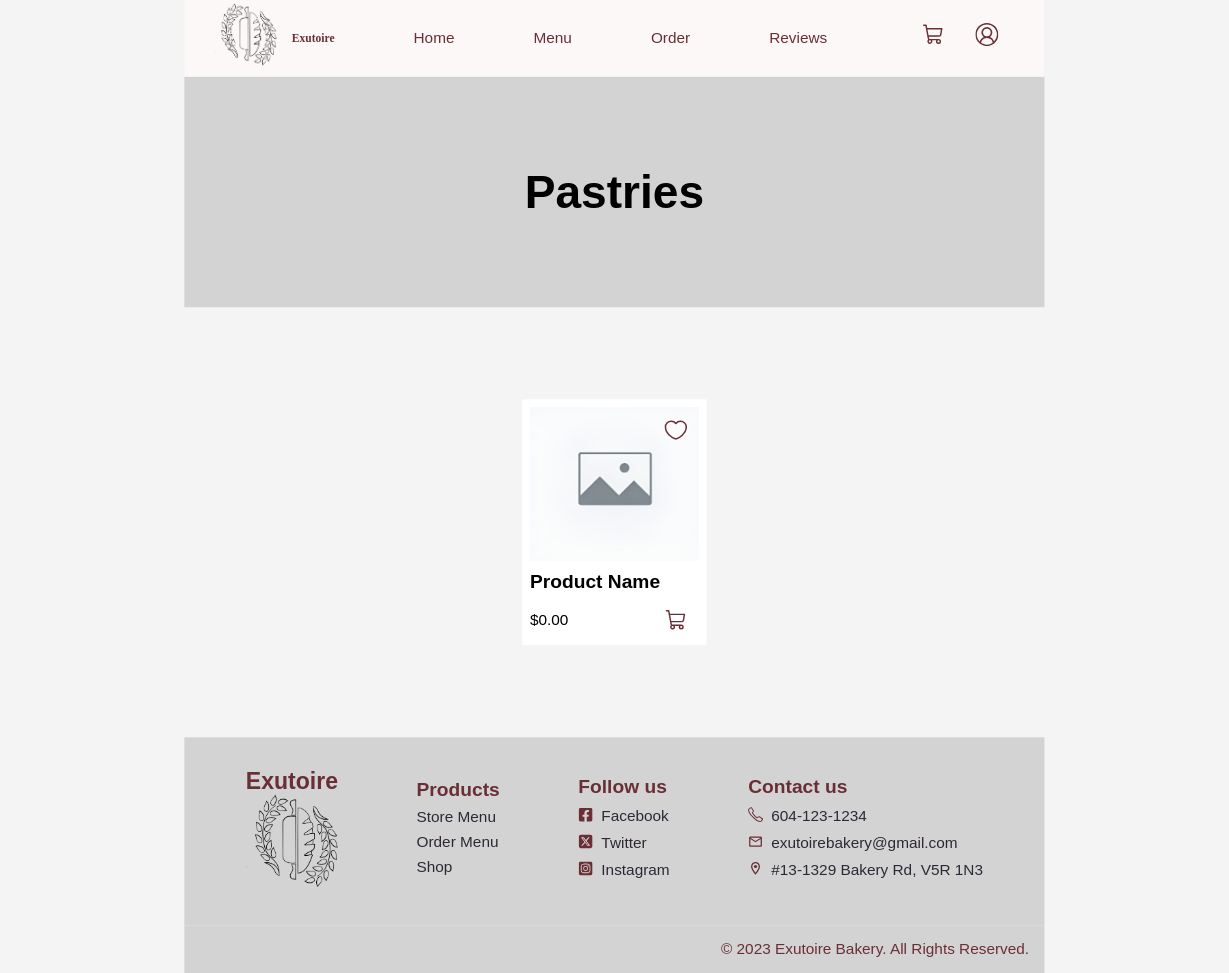
Repository: MelissaJacobi/COMP3170-final-proj
Page: /menu/pastries
An editor plug-in stored every save of this project. The page is shown before and after the next save, followed by the edit.
The browser window is 1280 px wide. The pictures show the whole page, at 96% of full size.
The project was rebuilt for these pictures with package versions that can differ from the ones it lists, and the page was loaded fresh each time. Also part of the build but not shown: vite.config.js, src/pages/ShoppingCart.module.css, src/components/ShoppingCartCard.module.css, src/components/ShoppingCartCard.jsx, src/components/OrderTotal.jsx, src/pages/ShoppingCart.jsx, src/pages/Profile.module.css, src/pages/Profile.jsx and 34 more.

Above is the page before, as saved 2024-11-09 22:52:43.

### src/main.jsx
import { StrictMode } from 'react'
import { createRoot } from 'react-dom/client'
import App from './App.jsx'
import './index.css'

const rootElement = document.getElementById('root');
if (rootElement) {
  createRoot(rootElement).render(
    <StrictMode>
      <App />
    </StrictMode>
  );
}

### src/App.jsx
import { BrowserRouter as Router, Routes, Route } from 'react-router-dom';
import styles from './App.module.css';
import Header from './components/Header';
import Footer from './components/Footer';
import Home from './pages/Home';
import Menu from './pages/menu';
import Bread from './pages/Bread';
import Pastries from './pages/Pastries';
import Cakes from './pages/Cakes';
import Drinks from './pages/Drinks';
import Seasonal from './pages/Seasonal';
import OrderPickUp from './pages/OrderPickUp';
import OrderDelivery from './pages/OrderDelivery';
import ShoppingCart from './pages/ShoppingCart';
import Profile from './pages/Profile';
import Reviews from './pages/Reviews';
import Favourites from './pages/Favourites';

function App() {
  return (
    <Router>
      <div className={styles.appContainer}>
        <Header />
        <Routes>
          <Route path="/" element={<Home />} />
          <Route path="/menu" element={<Menu />} />
          <Route path="/menu/bread" element={<Bread />} />
          <Route path="/menu/pastries" element={<Pastries />} />
          <Route path="/menu/cakes" element={<Cakes />} />
          <Route path="/menu/drinks" element={<Drinks />} />
          <Route path="/menu/seasonal" element={<Seasonal />} />
          <Route path="/orderpickup" element={<OrderPickUp />} />
          <Route path="/orderdelivery" element={<OrderDelivery />} />
          <Route path="/shoppingcart" element={<ShoppingCart/>}/>
          <Route path="/profile" element={<Profile />}/>
          <Route path="/Reviews" element={<Reviews />}/>
          <Route path="/Favourites" element={<Favourites />} />
        </Routes>
        <Footer />
      </div>
    </Router>
  );
}

export default App;

### src/index.css
* {
  margin: 0;
  padding: 0;
  box-sizing: border-box;
}

body {
  font-family: Arial, sans-serif;
  line-height: 1.6;
  background-color: #f4f4f4;
}

:root {
  --primary-color: lightgrey;
  --secondary-color: lightblue;
  --accent-color: #6A2E35;
  --background-color: white;
  --text-color: #2E2836;
}

### src/App.module.css
.appContainer {
    width: 70%;
    height: 100%;
    margin: auto;
}

### src/components/Header.jsx
// Header.tsx
import { Link, Route, Router, Routes } from 'react-router-dom';
import styles from './Header.module.css';
import logo from "../assets/images/logo.png";
import { PiShoppingCart } from "react-icons/pi";
import { VscAccount } from "react-icons/vsc";
import OverallCart from '../pages/ShoppingCart';
import Profile from '../pages/Profile';

export default function Header() {
  return (
    <div className={styles.container}>
      <div>
        <Link to ="/"><img src={logo} alt="Logo" className={styles.logo} /></Link>
        <p className={styles.siteTitle}>Exutoire</p>
      </div>
      <Link to="/" className={styles.links}>Home</Link>
      <Link to="/Menu" className={styles.links}>Menu</Link>
      <Link to="/OrderPickUp" className={styles.links}>Order</Link>
      <Link to="/Reviews" className={styles.links}>Reviews</Link>
      <div>
        <Link to="/ShoppingCart">
          <PiShoppingCart className={styles.icon} />
        </Link>
        <Link to="/Profile">
          <VscAccount className={styles.icon} />
        </Link>
      </div>
    </div>
  );
}

### src/components/Footer.tsx
import logo from "../assets/images/logo.png"
import styles from "./Footer.module.css"
import { FaFacebookSquare } from "react-icons/fa";
import { FaSquareXTwitter } from "react-icons/fa6";
import { FaInstagramSquare } from "react-icons/fa";
import { SlPhone } from "react-icons/sl";
import { MdOutlineMailOutline } from "react-icons/md";
import { MdOutlineLocationOn } from "react-icons/md";

export default function Footer() {

  return (
    <>
      <div className={styles.container}>
        <div>
            <p className={styles.siteTitle}>Exutoire</p>
            <img src={logo} alt="Logo" className={styles.logo}/>
        </div>
        <ul>
          <p>Products</p>
          <li>Store Menu</li>
          <li>Order Menu</li>
          <li>Shop</li>
        </ul>
        <ul>
          <p>Follow us</p>
          <li><FaFacebookSquare className={styles.socialIcon}/>Facebook</li>
          <li><FaSquareXTwitter className={styles.socialIcon}/>Twitter</li>
          <li><FaInstagramSquare className={styles.socialIcon}/>Instagram</li>
        </ul>
        <ul>
          <p>Contact us</p>
          <li><SlPhone  className={styles.socialIcon}/>604-123-1234</li>
          <li><MdOutlineMailOutline className={styles.socialIcon}/>exutoirebakery@gmail.com</li>
          <li><MdOutlineLocationOn className={styles.socialIcon}/>#13-1329 Bakery Rd, V5R 1N3</li>
        </ul>
      </div>
      <p className={styles.copywrite}>© 2023 Exutoire Bakery.  All Rights Reserved.</p>
    </>
  )
}

### src/pages/Pastries.jsx
import Product from "../components/Product";
import styles from "./Bread.module.css"

export default function Pastries() {
    return (
      <div className={styles.container}>
        <div className={styles.banner}>
            <h1>Pastries</h1>
        </div>
        <div className={styles.products}>
            <Product />
        </div>

      </div>
    );
  }

### src/components/Header.module.css
.container {
    background-color: rgba( 255, 250, 250, 0.7);
    width: 100%;
    height: 5rem;
    display: flex;
    align-items: center;
    justify-content: space-between;
    padding: 2rem;
    position: sticky;
    top: 0;
    z-index: 1000;
}

.logo {
    height: 4rem;
    width: 4rem;
}

.siteTitle {
    font-size: 12px;
    font-style: normal;
    font-weight: 900;
    line-height: normal;
    margin-left: 1rem;
    color: var(--accent-color);
    font-family: "Frances", serif;
    text-decoration: none;
}

.container div {
    display: flex;
    align-items: center;
}

.links {
    font-size: 16px;
    font-style: normal;
    font-weight: 400;
    line-height: normal;
    color: var(--accent-color);
    text-decoration: none;
}

.links:hover {
    text-shadow: 2px 2px 5px var(--accent-color);
}

.icon {
    height: 1.5rem;
    width: 1.5rem;
    margin: 1rem;
    color: var(--accent-color)
}

.icon:hover {
    cursor: pointer;
    filter: drop-shadow(1px 1px 3px var(--accent-color));
}

### src/components/Footer.module.css
.container {
    background-color: var(--primary-color);
    height: 100%;
    width: 100%;
    display: flex;
    flex-wrap: wrap;
    align-items: center;
    justify-content: space-between;
    padding: 2rem 4rem;
}

.container div{
    text-align: center;
}

.logo {
    width: 6rem;
    height: 6rem;
}

.siteTitle {
    font-size: 24px;
    font-style: normal;
    font-weight: 700;
    line-height: normal;
    color: var(--accent-color)
}

.container ul p {
    color: var(--accent-color);
    font-size: 20px;
    font-style: normal;
    font-weight: 700;
    line-height: normal;
}

.container ul li {
    font-size: 16px;
    font-style: normal;
    font-weight: 400;
    line-height: normal;
    margin: 0.5rem 0rem;
    padding: 0;
    list-style-type: none;
    color: var(--text-color)
}

.socialIcon {
    transform: translateY(0.1rem);
    color: var(--accent-color);
    margin-right: 0.5rem;
}

.copywrite {
    width: 100%;
    text-align: right;
    padding: 1rem;
    font-size: 16px;
    font-style: normal;
    font-weight: 400;
    line-height: normal;
    color: var(--accent-color);
    background-color: var(--primary-color);
}

### src/components/Product.jsx
import { useState } from "react";
import styles from './Product.module.css';
import placeholder from "../assets/images/placeholder.jpg";
import { PiShoppingCart } from "react-icons/pi";
import Heart from "../assets/images/Heart.svg";

export default function Product() {
  const [showPopup, setShowPopup] = useState(false);
  const [selectedSize, setSelectedSize] = useState("8\"");
  const [quantity, setQuantity] = useState(1);

  const handleContainerClick = () => {
    setShowPopup(true);
  };

  const handleClosePopup = () => {
    setShowPopup(false);
  };

  const handleOverlayClick = (e) => {
    if (e.target.classList.contains(styles.popupOverlay)) {
      handleClosePopup();
    }
  };

  const handleSizeChange = (e) => {
    setSelectedSize(e.target.value);
  };

  const handleAddQuantity = () => {
    setQuantity((prevQuantity) => prevQuantity + 1);
  };

  const handleSubtractQuantity = () => {
    setQuantity((prevQuantity) => (prevQuantity > 1 ? prevQuantity - 1 : 1)); // Prevents quantity from going below 1
  };

  return (
    <div>
      <div className={styles.container} onClick={handleContainerClick}>
        <img src={placeholder} className={styles.productImg} alt="Product" />
        <img src={Heart} className={styles.heartIcon} alt="Heart Icon" />
        <p className={styles.productName}>Product Name</p>
        <div className={styles.infoAndCart}>
          <p>$0.00</p>
          <PiShoppingCart className={styles.icon} />
        </div>
      </div>

      {showPopup && (
        <div className={styles.popupOverlay} onClick={handleOverlayClick}>
          <div className={styles.popup}>
            <p className={styles.popupProductName}>Product Name</p>
            <img src={placeholder} className={styles.popupImg} alt="Product" />
            <p className={styles.popupDescription}>Product details and description go here.</p>
            <div className={styles.menuAndPrice}>
              <select
                id="sizeSelect"
                value={selectedSize}
                onChange={handleSizeChange}
                className={styles.sizeSelect}
              >
                <option value="8">8"</option>
                <option value="12">12"</option>
                <option value="16">16"</option>
              </select>
              <p className={styles.popupPrice}>$0.00</p>
            </div>
            <div className={styles.quantityAndAddBtn}>
              <div className={styles.quantity}>
                <button className={styles.subtractBtn} onClick={handleSubtractQuantity}>
                  &#8722;
                </button>
                <p>{quantity}</p>
                <button className={styles.addBtn} onClick={handleAddQuantity}>
                  &#43;
                </button>
              </div>
              <button className={styles.addToCart}>Add to Cart</button>
            </div>

          </div>
        </div>
      )}
    </div>
  );
}

### src/pages/Bread.module.css
.container {
    width: 100%;
}

.banner {
    width: 100%;
    height: 15rem;
    display: flex;
    justify-content: center;
    align-items: center;
    background-color: var(--primary-color);
}

.container h1 {
    font-size: 48px;
    font-style: normal;
    font-weight: 700;
    line-height: normal;
}

.products {
    width: 100%;
    display: flex;
    flex-wrap: wrap;
    justify-content: space-around;
    padding: 5rem;
}

### src/components/Product.module.css
.container {
    height: 16rem;
    width: 12rem;
    margin: 1rem;
    display: flex;
    flex-wrap: wrap;
    justify-content: center;
    background-color: white;
    padding: 0.5rem;
}

.productImg {
    height: 10rem;
    width: 100%;
    object-fit: cover;
}

.productName {
    font-size: 20px;
    font-style: normal;
    font-weight: 700;
    line-height: normal;
    width: 100%;
}

.infoAndCart {
    display: flex;
    justify-content: space-between;
    align-items: center;
    width: 100%;
}

.icon {
    height: 1.5rem;
    width: 1.5rem;
    color: var(--accent-color);
    margin-right: 0.75rem;
}

.heartIcon {
    height: 1.5rem;
    width: 1.5rem;
    color: var(-accent-color);
    position: absolute;
    margin-left: 8rem;
    margin-top: 0.75rem;
}

.container {
    cursor: pointer;
  }

  /* Popup overlay styling */
  .popupOverlay {
    position: fixed;
    top: 0;
    left: 0;
    width: 100%;
    height: 100%;
    background-color: rgba(0, 0, 0, 0.7);
    display: flex;
    align-items: center;
    justify-content: center;
    z-index: 1000;
  }

  /* Popup styling */
  .popup {
    position: absolute;
    background-color: #fff;
    padding: 2rem;
    border-radius: 8px;
    max-width: 400px;
  }


  .popupImg {
    width: 100%;
    height: auto;
    margin-bottom: 1rem;
  }

  .popupProductName {
    font-size: 1.2rem;
    font-weight: bold;
    margin-bottom: 0.5rem;
  }

  .popupPrice {
    font-size: 1rem;
    color: #666;
    margin-bottom: 1rem;
  }

  .popupDescription {
    font-size: 0.9rem;
    color: #333;
  }

  .sizeSelect {
    width: 4rem;
  }

  .menuAndPrice {
    display: flex;
    justify-content: space-between;
  }


  .quantity {
    display: flex;
    align-items: center;
    justify-content: center;
}

.quantity p {
    margin: 1rem;
}

.addBtn {
    display: flex;
    justify-content: center;
    align-items: center;
    background-color: inherit;
    border: 1.5px solid #6A2E35;
    color: #6A2E35;
    font-weight: bold;
    border-top-right-radius: 30px;
    border-bottom-right-radius: 30px;
    width: 50px;
    height: 40px;
    margin-right: 0.1rem;
    font-size: 2.5rem;
    font-weight: 100;
}

.subtractBtn {
    display: flex;
    justify-content: center;
    align-items: center;
    background-color: inherit;
    border: 1.5px solid #6A2E35;
    color: #6A2E35;
    font-weight: bold;
    border-top-left-radius: 30px;
    border-bottom-left-radius: 30px;
    width: 50px;
    height: 40px;
    margin-left: 0.1rem;
    font-size: 2.5rem;
    font-weight: 100;
}

.addBtn:hover, .subtractBtn:hover {
    background-color: #6A2E35;
    color: #ffff;
}

.quantityAndAddBtn {
    display: flex;
    justify-content: space-between;
}

.addToCart {
    width: 8rem;
}

### src/components/OrderTotal.module.css
.orderTotalContainer {
    display: flex;
    flex-direction: column;
    justify-content: flex-end;
    align-items: flex-end;
}

.subtotal, .tax, .grandTotal {
    display: flex;
    flex-direction: row;
    justify-content: space-around;
    width: 55%;
    margin: 0.5rem;
}

.grandTotal {
    font-size: 40px;
    font-weight: 300;
}

.line {
    background-color: #9a9a9a;
    height: 0.2rem;
    width: 55%;
}

.lineThin {
    background-color: #9a9a9a;
    height: 0.1rem;
    width: 55%;
}

.btns, Link {
    display: flex;
    justify-content: center;
    align-items: center;
    width: 30%;
    margin-bottom: 1rem;
}

.backBtn {
    background-color: inherit;
    color: #6A2E35;
}

.checkoutBtn {
    display: flex;
    justify-content: center;
    align-items: center;
    background-color: #6A2E35;
    height: 2.7rem;
    border-radius: 0;
    text-decoration: none;
}

.backBtn:hover {
    background-color: inherit;
    color: black;
}

.checkoutBtn:hover {
    background-color: var(--accent-color);
    box-shadow: 1px 1px 4px grey;
}

### src/pages/Reviews.module.css
.container {
    width: 100%;
}

.banner {
    width: 100%;
    height: 15rem;
    display: flex;
    justify-content: center;
    align-items: center;
    background-color: var(--primary-color);
}

.container h1 {
    font-size: 48px;
    font-style: normal;
    font-weight: 700;
    line-height: normal;
}

.reviews {
    width: 100%;
    display: flex;
    justify-content: center;
    flex-wrap: wrap;
    margin: 2rem 0;
}


.reviewFormContainer {
    margin: 40px;
  }

  .reviewForm {
    background-color: #f9f9f9;
    padding: 20px;
    box-shadow: 0 2px 10px rgba(0, 0, 0, 0.1);
  }

  .formGroup {
    margin-bottom: 15px;
  }

  input[type="text"],
  input[type="email"],
  textarea,
  select {
    width: 100%;
    padding: 10px;
    border: 1px solid #ddd;
    border-radius: 5px;
    font-size: 16px;
  }

  button {
    width: 100%;
    padding: 10px;
    background-color: #28a745;
    color: white;
    border: none;
    border-radius: 5px;
    font-size: 16px;
    cursor: pointer;
  }

  button:hover {
    background-color: #218838;
  }

  .reviews {
    margin-top: 20px;
  }

  .review {
    display: flex;
    align-items: flex-start;
    margin-bottom: 20px;
  }

### src/components/PickUpInformation.module.css
.formContainer {
  padding: 20px;
  margin: 0 auto;
}

h2 {
  margin-bottom: 20px;
  text-align: left;
  font-weight: 600;
  font-size: 1.5em;
  font-family: var(--heading-text);
  color: var(--text-color);
}

form {
  display: flex;
  flex-direction: column;
}

.inputRow {
  display: flex;
  justify-content: space-between;
  gap: 10px;
}

input, select {
  width: 100%;
  padding: 10px;
  margin-bottom: 15px;
  border: 1px solid #ccc;
  border-radius: 0 !important;
  font-size: 14px;
  box-sizing: border-box;
}

input[type="tel"],
input[type="email"],
input[type="text"] {
  width: 100%;
}

.button {
  width: 100%;
  padding: 15px;
  background-color: var(--accent-color);
  color: #fff;
  border: none;
  border-radius: 0;
  cursor: pointer;
  font-size: 16px;
  text-align: center;
  transition: background-color 0.3s ease;
  font-family: "Poppins", serif;
}

.button:hover {
  background-color: var(--accent-color);
}

.checkboxRow {
  display: flex;
  align-items: center;
  justify-content: flex-start;
  gap: 10px;
  margin-bottom: 20px;
}

.checkboxInput {
  width: auto;
}

.checkboxLabel {
  margin-left: 0;
  white-space: nowrap;
  margin-bottom: 15px;
}

Loaded but not shown: index.html (common file)

After the next save:
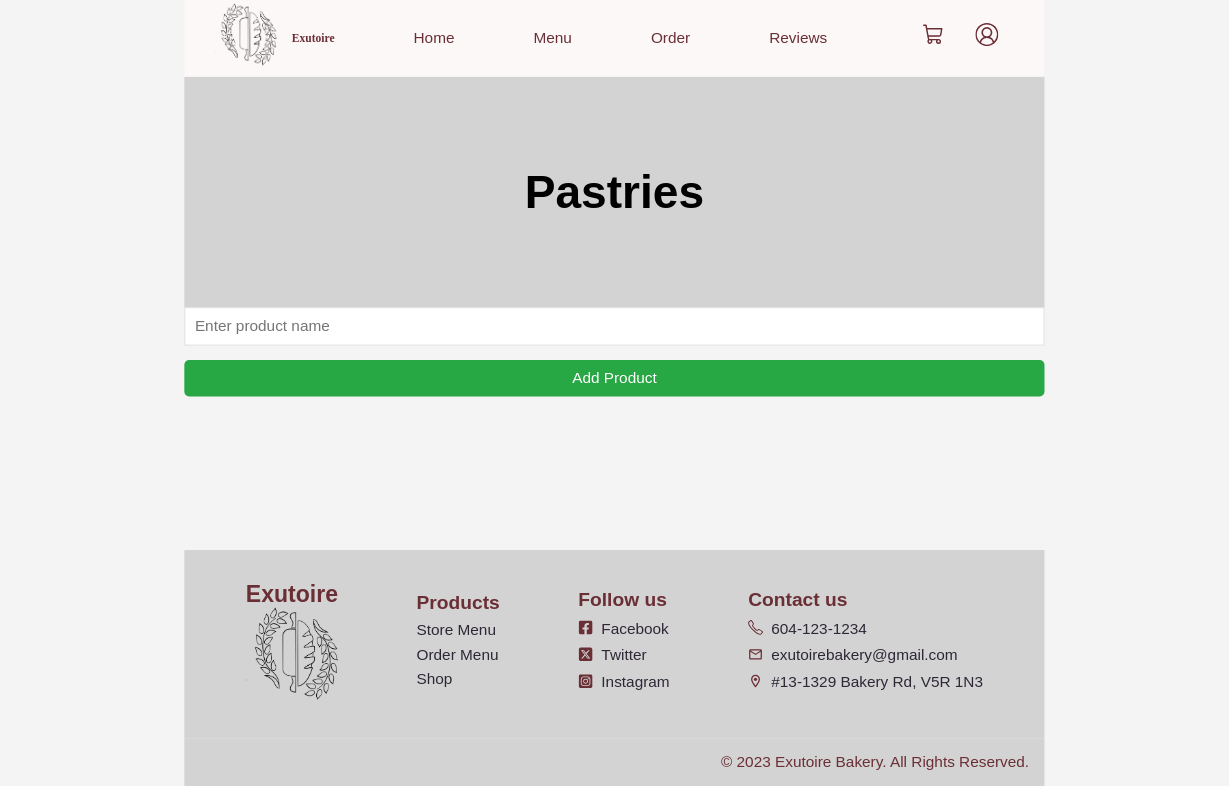
Saved 9 min 29 s later.
--- a/src/pages/Pastries.jsx
+++ b/src/pages/Pastries.jsx
@@ -1,16 +1,47 @@
+import { useState } from "react";
 import Product from "../components/Product";
-import styles from "./Bread.module.css"
+import styles from "./Bread.module.css";
 
 export default function Pastries() {
-    return (
-      <div className={styles.container}>
-        <div className={styles.banner}>
-            <h1>Pastries</h1>
-        </div>
-        <div className={styles.products}>
-            <Product />
-        </div>
+  const [products, setProducts] = useState([]); // State to store products
+  const [productName, setProductName] = useState(""); // State for form input
 
+  const handleNameChange = (e) => {
+    setProductName(e.target.value);
+  };
+
+  const handleAddProduct = (e) => {
+    e.preventDefault();
+    if (productName.trim()) {
+      setProducts([...products, { name: productName }]); // Add new product to array
+      setProductName(""); // Clear input after adding
+    }
+  };
+
+  return (
+    <div className={styles.container}>
+      <div className={styles.banner}>
+        <h1>Pastries</h1>
       </div>
-    );
-  }
+
+      {/* Form to add new product */}
+      <form onSubmit={handleAddProduct} className={styles.addProductForm}>
+        <input
+          type="text"
+          value={productName}
+          onChange={handleNameChange}
+          placeholder="Enter product name"
+          className={styles.productInput}
+        />
+        <button type="submit" className={styles.addButton}>Add Product</button>
+      </form>
+
+      {/* Display products */}
+      <div className={styles.products}>
+        {products.map((product, index) => (
+          <Product key={index} name={product.name} />
+        ))}
+      </div>
+    </div>
+  );
+}
